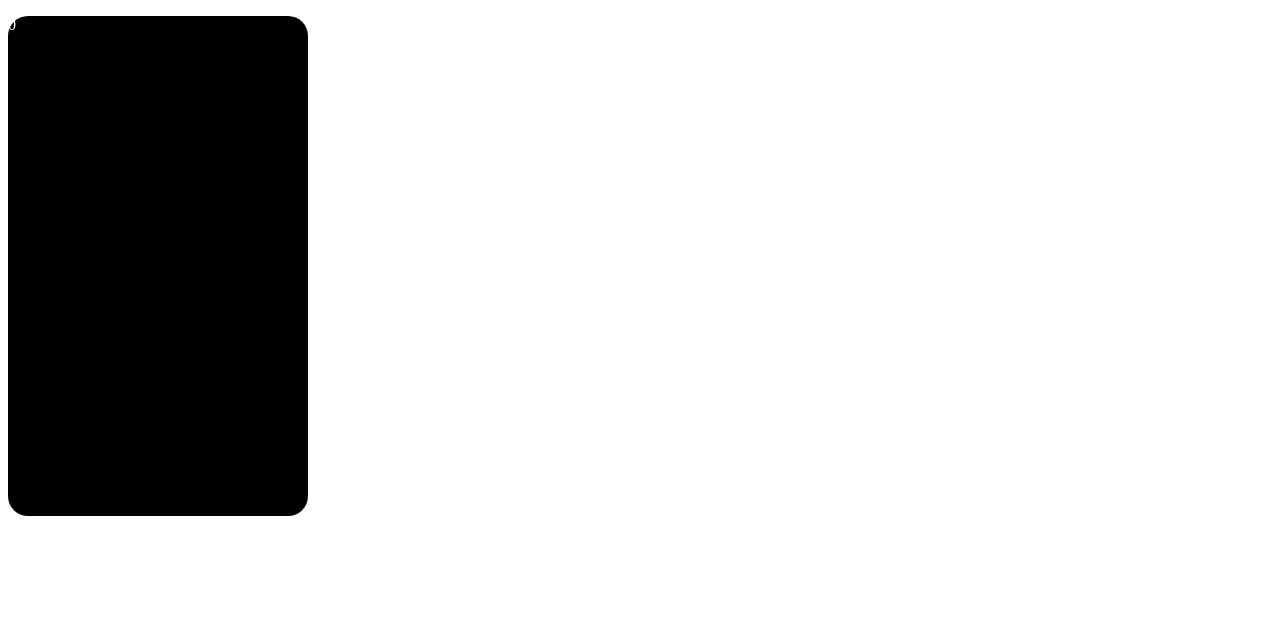
Repository: batonAnton/iphoneCalculator
Page: index.html
These files come from the project's save history. The page is drawn as it stood at one moment and after the next save; the edit follows.
The browser window is 1280 px wide. The pictures show the whole page.

Above is the page before, as saved 2022-03-09 16:13:43.

After the next save:
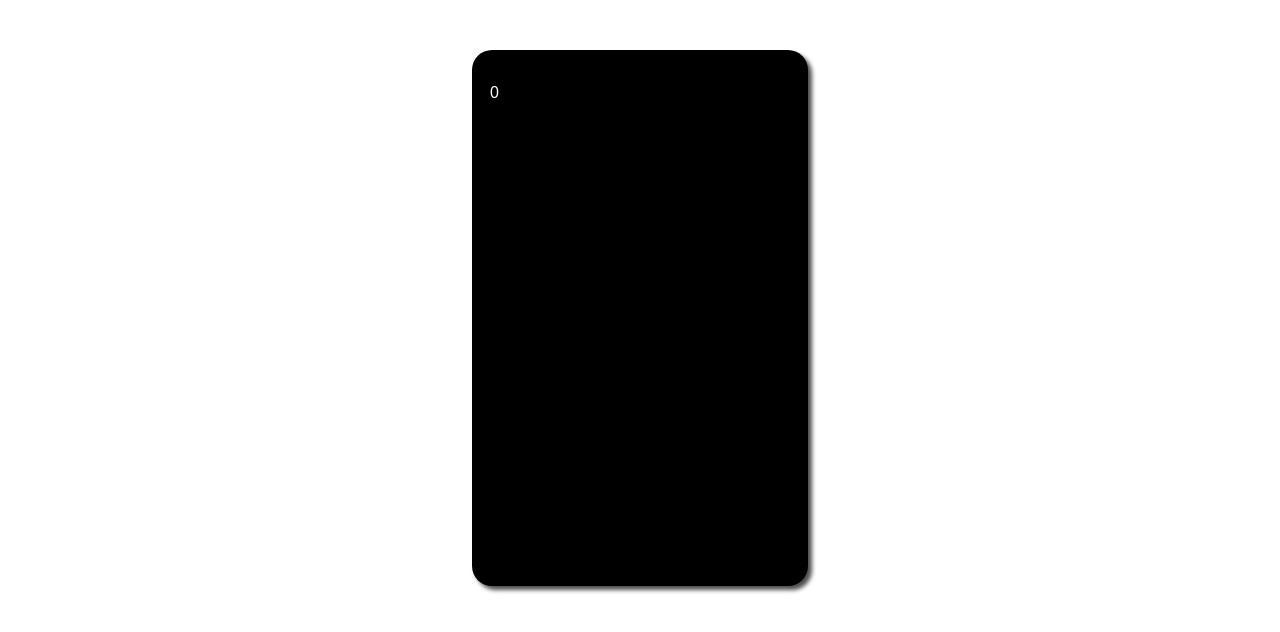
Saved 9 min 29 s later.
--- a/style.css
+++ b/style.css
@@ -7,10 +7,14 @@
 */
 
 .calc {
+  margin: 50px auto;
   width: 300px;
   height: 500px;
   /* border: 1px solid#000;  */
   border-radius: 20px;
   background: #000;
   color: #fff;
+  font-family: Arial, Helvetica, sans-serif;
+  padding: 18px;
+  box-shadow: 4px 4px 4px #4f4f4f;
 }
